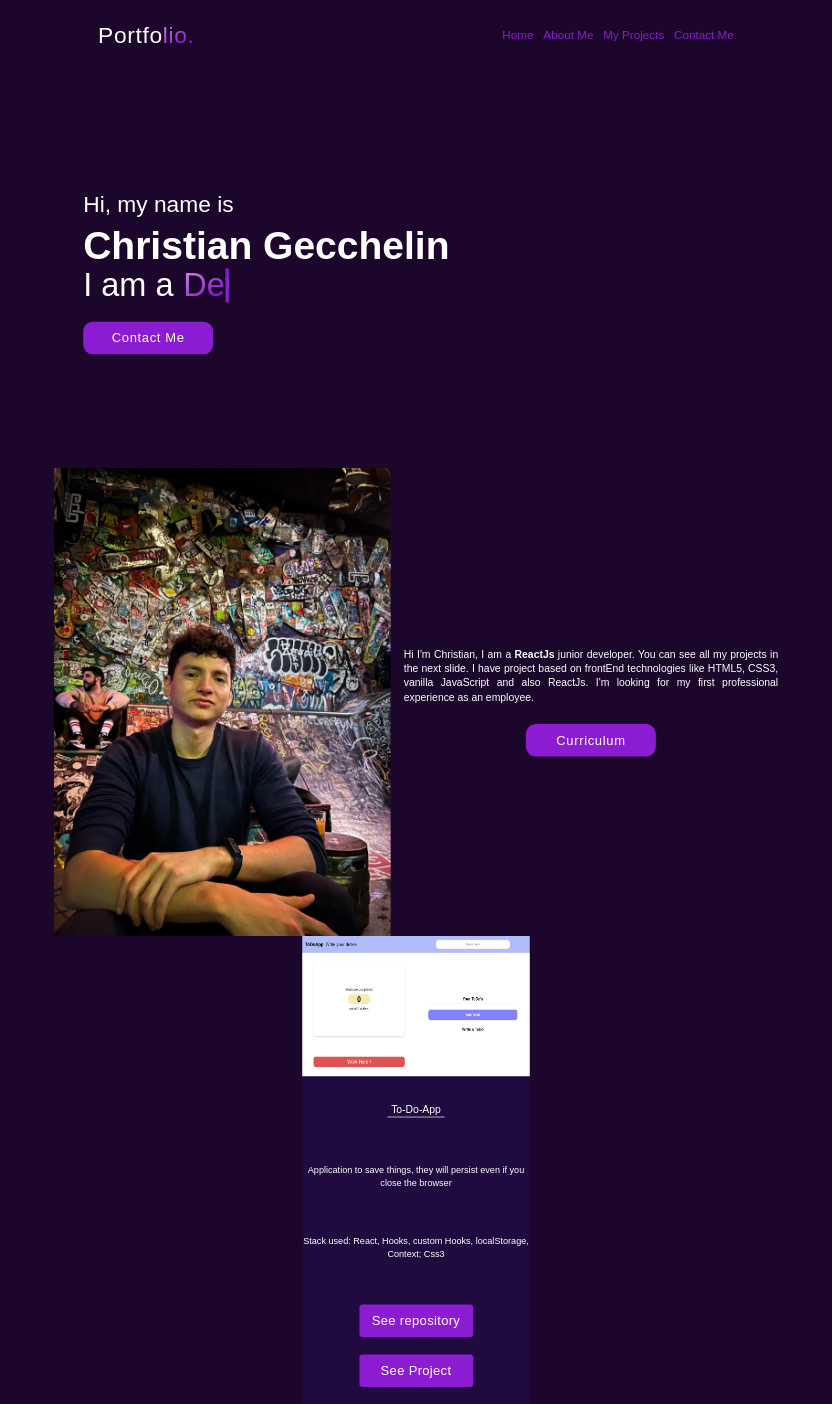
Repository: ChristianGecchelin/portfolio-web
Page: /
The author's editor kept a copy of each file at every save. The page is drawn from the files as they stood at one save, then again after the next save.
The browser window is 1280 px wide. The pictures show the whole page, at 65% of full size.
The project was rebuilt for these pictures with package versions that can differ from the ones it lists, and the page was loaded fresh each time.

Above is the page before, as saved 2022-01-21 22:59:20.

After the next save:
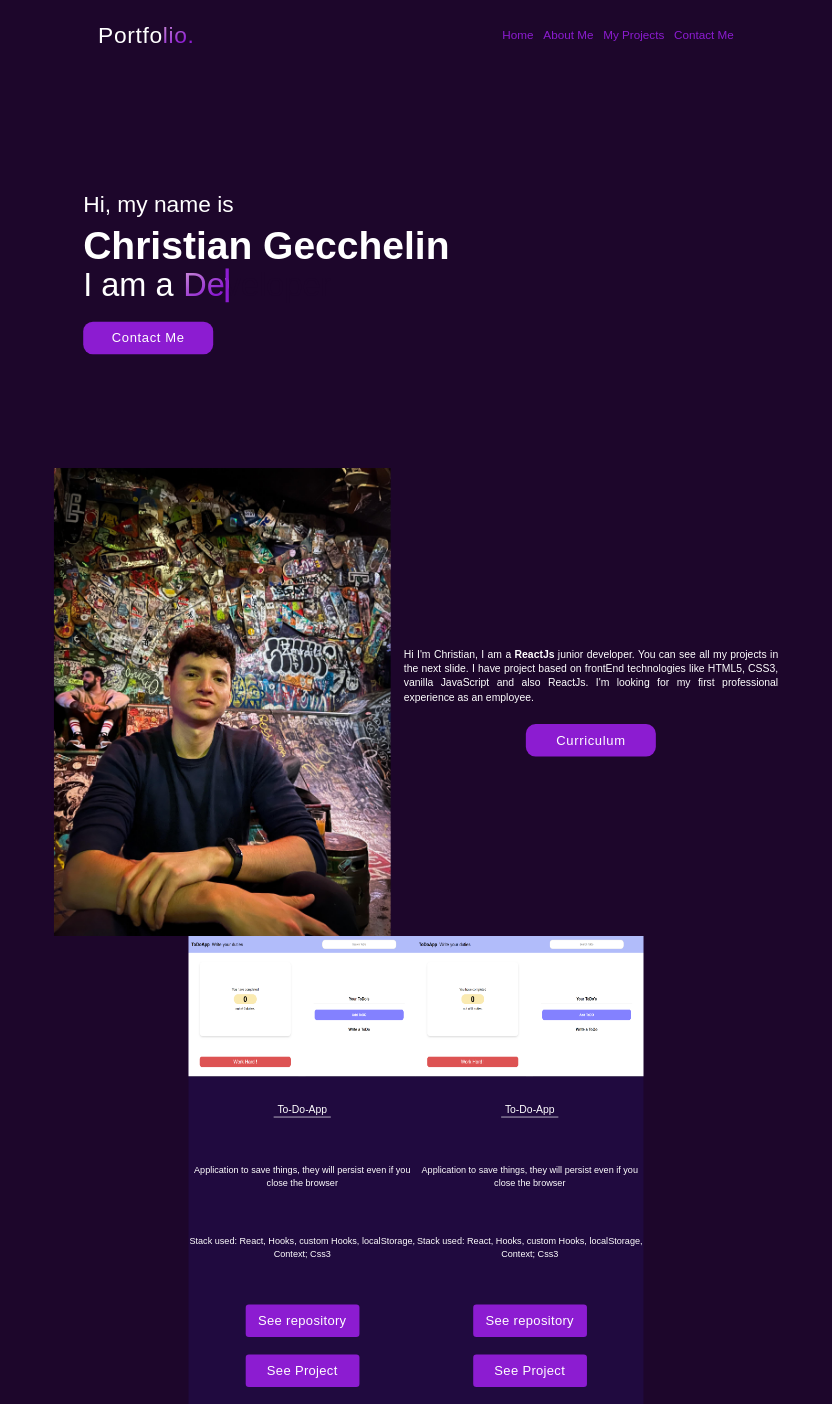
Saved 6 min 2 s later.
--- a/src/MyProjects/index.js
+++ b/src/MyProjects/index.js
@@ -27,6 +27,29 @@
           {/* Crear componentes botones */}
         </div>
       </div>
+      <div className="project-card">
+        <img
+          className="card-image"
+          src={ToDoApp}
+          alt="ToDoAppImage"
+          title="ToDoAppImage"
+        ></img>
+        <div className="card-text-container">
+          <h3 className="card-title">To-Do-App</h3>
+          <p className="card-text">
+            Application to save things, they will persist even if you close the
+            browser
+          </p>
+          <p className="card-text">
+            Stack used: React, Hooks, custom Hooks, localStorage, Context; Css3
+          </p>
+        </div>
+        <div className="button-container">
+          <button>See repository</button>
+          <button>See Project</button>
+          {/* Crear componentes botones */}
+        </div>
+      </div>
     </section>
   );
 }
